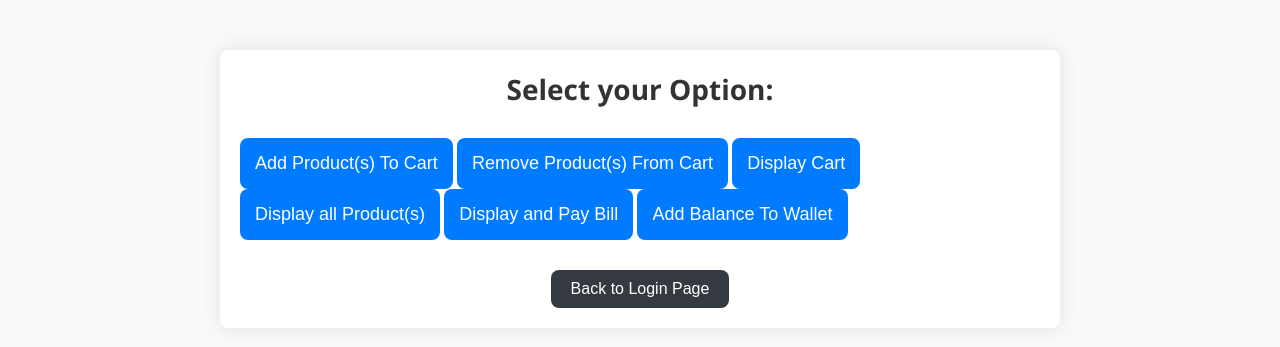
Repository: palakbari/Spring-MVC
Page: http://localhost/ShoppingSystem/customer_menu.jsp
An editor plug-in stored every save of this project. The page is shown before and after the next save, followed by the edit.
The browser window is 1280 px wide. The pictures show the whole page.
The page is served by Tomcat 9.

Above is the page before, as saved 2024-06-06 11:37:13.

After the next save:
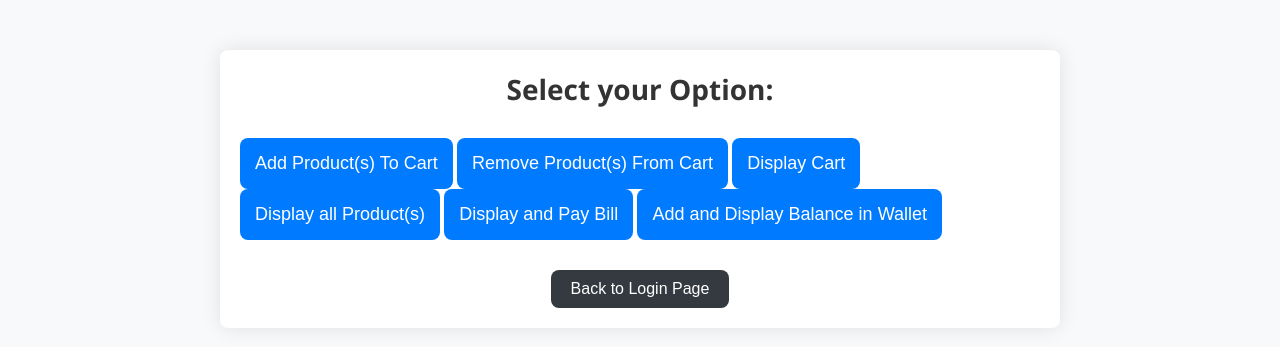
Saved 4 min 11 s later.
--- a/ShoppingSystem/src/main/webapp/customer_menu.jsp
+++ b/ShoppingSystem/src/main/webapp/customer_menu.jsp
@@ -81,7 +81,7 @@
                 <button onclick="form.action='displayProductsFromCart'" class="button">Display Cart</button>
                 <button onclick="form.action='displayProductsToCustomer'" class="button">Display all Product(s)</button>
                 <button onclick="form.action='displayandpayBill'" class="button">Display and Pay Bill</button>
-                <button onclick="form.action='addBalance'" class="button">Add Balance To Wallet</button>
+                <button onclick="form.action='addanddisplayBalance'" class="button">Add and Display Balance in Wallet</button>
             </form>
         </div>
         <div class="back-button">
